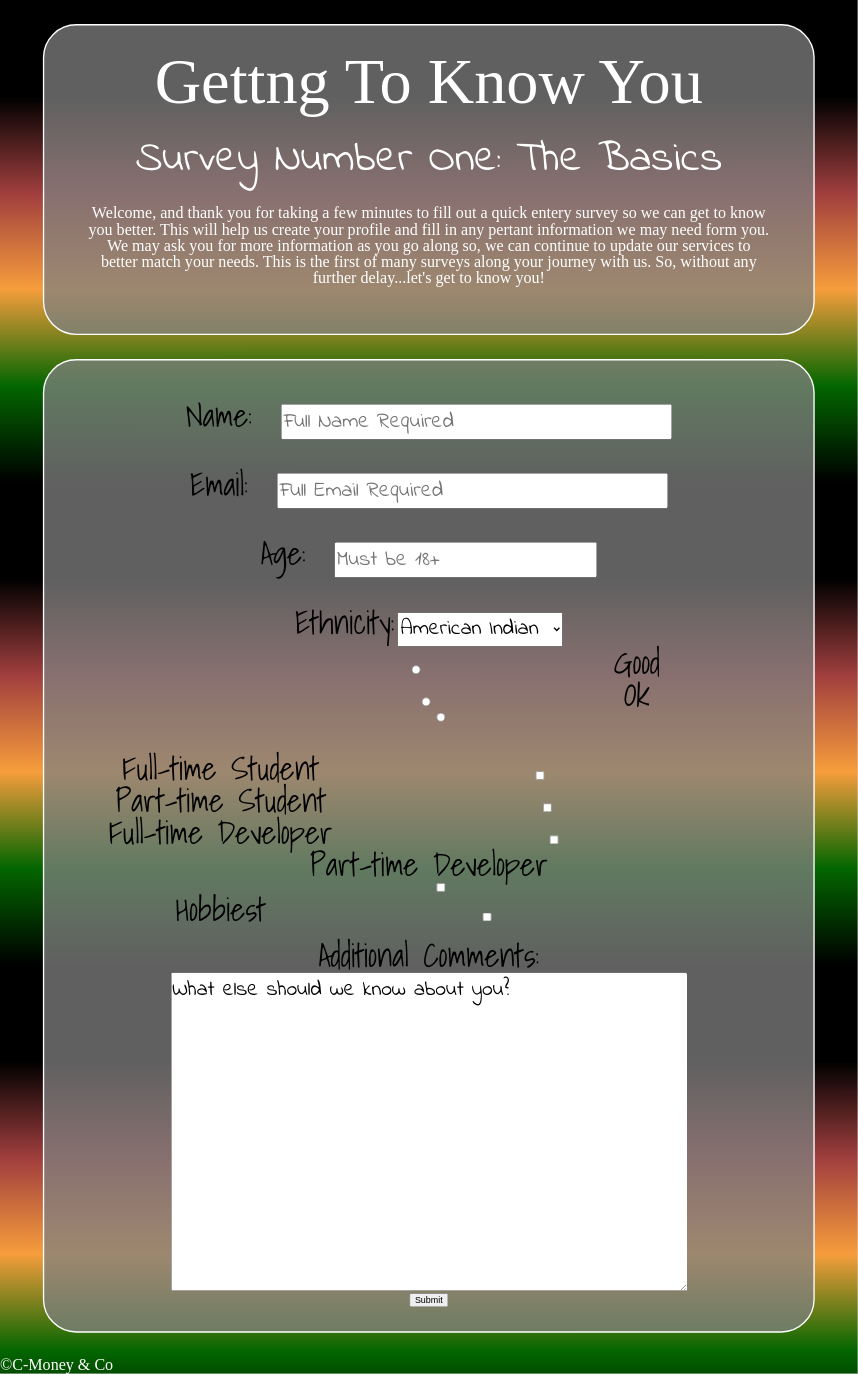
Repository: ctcoleman/surveyForm
Page: index.html
An editor plug-in stored every save of this project. The page is shown before and after the next save, followed by the edit.
The browser window is 1280 px wide. The pictures show the whole page, at 67% of full size.
Some web fonts or font styles are not loaded; a fallback is used.

Above is the page before, as saved 2020-06-29 11:28:18.

### index.html
<!DOCTYPE html>
<html lang="en">

<!-- Head -->

<head>
  <meta name="description" content="Survey Form Example Project">
  <meta name="author" content="Christopher Coleman">
  <meta name="title" content="Survey Form Project">
  <meta name="keywords" content="Survey, Forms, HTML, CSS, Example, Project" <meta name="viewport"
    content="width=device-width, initial-scale=1.0">
  <meta charset="UTF-8">
  <link rel="stylesheet" type="text/css" href="/assets/stylesheets/index.css">
  <link
    href="https://fonts.googleapis.com/css2?family=Holtwood+One+SC&family=Indie+Flower&family=Shadows+Into+Light&display=swap"
    rel="stylesheet">
  <title>.:Getting to know you:.</title>
</head>

<!-- Body -->

<body>


  <!-- Main Content-->
  <main id="main">

    <!-- Header -->
    <header id="titleHeading" class="heading">
      <h1 id="title">Gettng To Know You</h1>
      <h2>Survey Number One: The Basics</h2>
      <section class="descriptionSection">
        <p id="description">Welcome, and thank you for taking a few minutes to fill out a quick entery survey so we can
          get to know you better. This will help us create your profile and fill in any pertant information we may need
          form you. We may ask you for more information as you go along so, we can continue to update our services to
          better match your needs. This is the first of many surveys along your journey with us. So, without any further
          delay...let's get to know you!</p>
      </section>
    </header>

    <!-- Survey Form -->
    <form id="survey-form" class="formWrapper" action="#" method="post">
      <!-- Name -->
      <div class="formEntery nameEntery">
        <label id="name-label" for="name">Name:</label>
        <input type="text" id="name" name="user_name" placeholder="Full Name Required" required>
      </div>
      <!-- E-Mail -->
      <div class="formEntery emailEntery">
        <label id="email-label" for="email">Email:</label>
        <input type="email" id="email" name="user_email" placeholder="Full Email Required" required>
      </div>
      <!-- Number -->
      <div class="formEntery numberEntery">
        <label id="number-label" for="number">Age:</label>
        <input type="number" id="number" placeholder="Must be 18+" min="18" max="150">
      </div>
      <!-- Dropdown -->
      <div id="dropDownEntery" class="formEntery">
        <label for="dropdown-label">Ethnicity:</label>
        <select type="dropdown" id="dropdown" placeholder="Select from the following" required>
          <option value="americanIndian">American Indian</option>
          <option value="asian">Asian</option>
          <option value="africanAmerican">African American</option>
          <option value="hispanic">Hispanic</option>
          <option value="pacificIslander">Pacific Islander</option>
          <option value="white">White</option>
      </div>
      <!-- Radio Buttons -->
      <div id="radioButtons" class="formEntery radioButtons">

        <label for="radioGreat">Great</label>
        <input class="radio" type="radio" id="radioGreat" name="radio" value="Great">

        <label for="radioGood">Good</label>
        <input class="radio" type="radio" id="radioGood" name="radio" value="Good">

        <label for="radioOk">Ok</label>
        <input class="radio" type="radio" id="radioOk" name="radio" value="Ok">

      </div>

      <div id="checkboxInputs" class="formEntery checkbox">
        <div id="fullTimeStudentCheck">
          <label for="fullTimeStudent">Full-time Student</label>
          <input type="checkbox" id="fullTimeStudent" name="Full-time Student" value="Full-time Student">
        </div>
        <div id="partTimeStudentCheck">
          <label for="partTimeStudent">Part-time Student</label>
          <input type="checkbox" id="partTimeStudent" name="Part-time Student" value="Part-time Student">
        </div>
        <div id="fullTimeDeveloperCheck">
          <label for="fullTimeDev">Full-time Developer</label>
          <input type="checkbox" id="fullTimeDev" name="Full-time Developer" value="Full-time Developer">
        </div>
        <div id="partTimeDeveloperCheck">
          <label for="partTimeDev">Part-time Developer</label>
          <input type="checkbox" id="partTimeDev" name="Part-time Developer" value="Part-time Developer">
        </div>
        <div id="hobbiestCheckbox">
          <label for="hobbiest">Hobbiest</label>
          <input type="checkbox" id="hobbiest" name="Hobbiest" value="hobbiest">
        </div>
      </div>
      <div id="textarea">
        <label for="additionalComments">Additional Comments:</label>
        <textarea id="additionalComments" name="additionalComments" rows="10"
          cols="50">What else should we know about you? </textarea>
      </div>

      <button type="submit" id="submit" form="survey-form" value="Submit">Submit</button>
    </form>


    <!-- Footer -->
    <footer>
      <p>&copy;C-Money & Co</p>
    </footer>
  </main>

  <script src='https://cdn.freecodecamp.org/testable-projects-fcc/v1/bundle.js'></script>
</body>

</html>

### assets/stylesheets/index.css

/*
=== CSS Reset ===
  http://meyerweb.com/eric/tools/css/reset/ ]
  v2.0 | 20110126
  License: none (public domain)
*/

html, body, div, span, applet, object, iframe,
h1, h2, h3, h4, h5, h6, p, blockquote, pre,
a, abbr, acronym, address, big, cite, code,
del, dfn, em, img, ins, kbd, q, s, samp,
small, strike, strong, sub, sup, tt, var,
b, u, i, center,
dl, dt, dd, ol, ul, li,
fieldset, form, label, legend,
table, caption, tbody, tfoot, thead, tr, th, td,
article, aside, canvas, details, embed,
figure, figcaption, footer, header, hgroup,
menu, nav, output, ruby, section, summary,
time, mark, audio, video {
	margin: 0;
	padding: 0;
	border: 0;
	font-size: 62.5%;
	font: inherit;
  vertical-align: baseline;
  box-sizing: border-box;
}
/* HTML5 display-role reset for older browsers */
article, aside, details, figcaption, figure,
footer, header, hgroup, menu, nav, section {
	display: block;
}
body {
	line-height: 1;
}
ol, ul {
	list-style: none;
}
a {
  text-decoration: none;
}
blockquote, q {
	quotes: none;
}
blockquote:before, blockquote:after,
q:before, q:after {
	content: '';
	content: none;
}
table {
	border-collapse: collapse;
	border-spacing: 0;
}
/*
=== Fonts Used ===
font-family: 'Holtwood One SC', serif;
font-family: 'Indie Flower', cursive;
font-family: 'Shadows Into Light', cursive;
/*

=== Basic Styling ===
*/
html {
  background-image: linear-gradient( #000000 20%, #a03e3e 40%, #f69d3c 60%, #036600 80%, #000000 100%);
  height: 100%;
 }

h1 {
  color: white;
  font-family: 'Holtwood One SC', serif;
  font-size: 6rem;
}

h2 {
  color: white;
  font-family: 'Indie Flower', cursive;
  font-size: 4rem;
}

p {
  color: white;
  font-size: 1.5rem;
}

/*
=== Header Styleing ===
*/

header {
  background: rgba(128, 128, 128, 0.75);
  padding: 5vh 5vw;
  margin: 5vh 5vw;
  text-align: center;
  border: 2px solid white;
  border-radius: 50px;
}
#title {
  margin-bottom: 5vh;
}
#description {
  margin: 5vh 0;
}

/*
=== Basic Form Styling ===
*/

#survey-form {
  background: rgba(128, 128, 128, 0.75);
  padding: 5vh 5vw;
  margin: 5vh 5vw;
  text-align: center;
  border: 2px solid white;
  border-radius: 50px;
  display: flex;
  flex-direction: column;
  align-items: center;
}
#survey-form label {
  font-size: 3rem;
  font-family: 'Shadows Into Light', cursive;
}
#survey-form input,
#survey-form textarea,
#survey-form select,
#survey-form option {
  font-size: 2rem;
  font-family: 'Indie Flower', cursive;
}
.formEntery {
  width: 75vw;
  margin: 3vh 0;
}
.formEntery input {
  margin-left: 3vw;
  width: 60%;
}
.fromEntery select {

}

/*
=== Age Styling ===
*/
#number {
  width: 40%;
}

/*
=== Ethnicity Radio Button Styling ===
*/



/*
=== Checkbox Styling ===
*/

/*
=== Textarea Styling ===
*/

/*
=== Submit Button Styling ===
*/

After the next save:
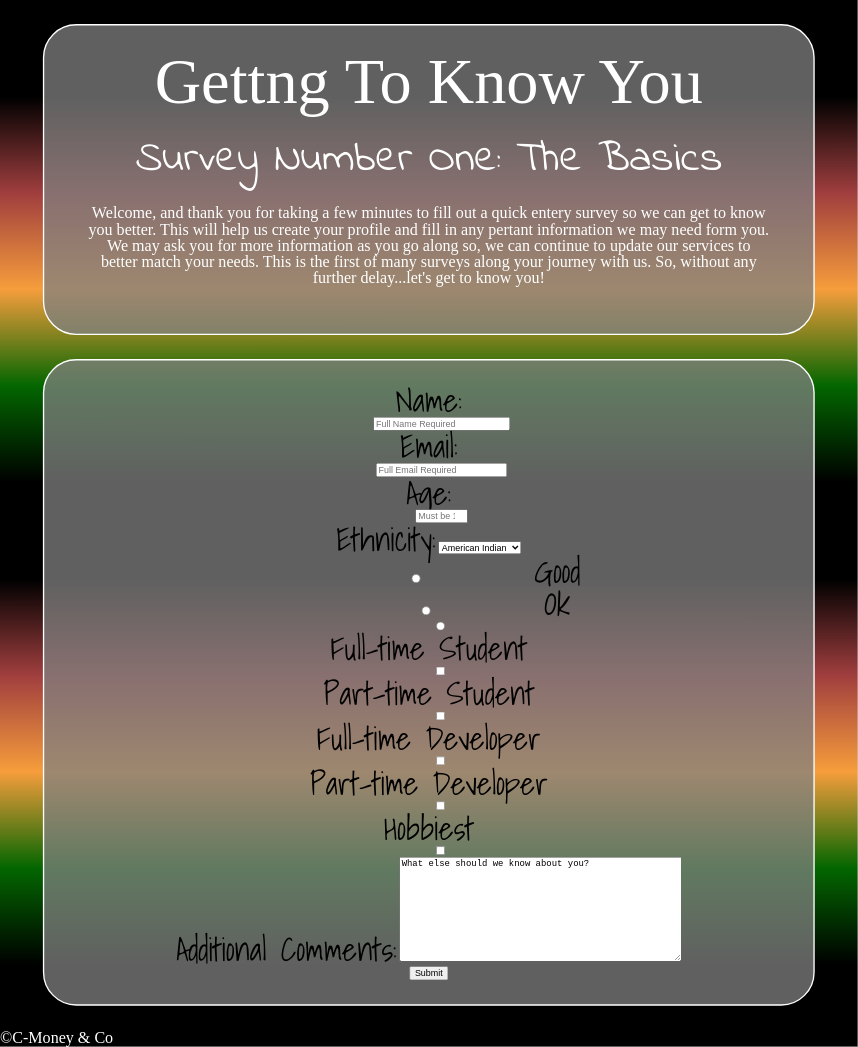
Saved 11 s later.
--- a/assets/stylesheets/index.css
+++ b/assets/stylesheets/index.css
@@ -125,9 +125,8 @@
 #survey-form input,
 #survey-form textarea,
 #survey-form select,
-#survey-form option {
-  font-size: 2rem;
-  font-family: 'Indie Flower', cursive;
+font-size: 2rem;
+font-family: 'Indie Flower', cursive;
 }
 .formEntery {
   width: 75vw;
@@ -151,6 +150,7 @@
 /*
 === Ethnicity Radio Button Styling ===
 */
+      #survey-form option {
 
 
 

After the 2 saves that followed:
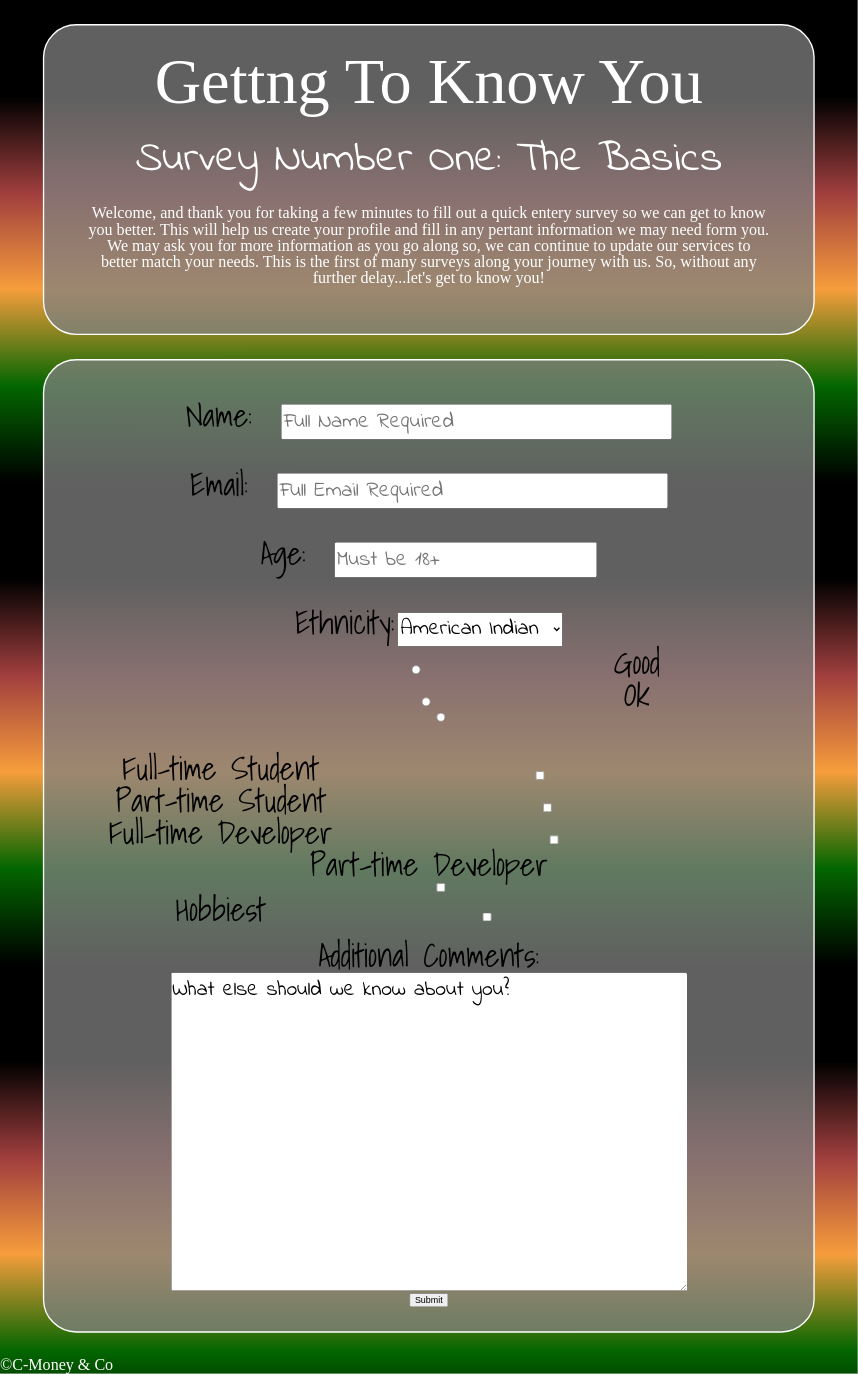
The 2 saves are shown as one change because they came seconds apart.
The last was saved 9 s later.
--- a/assets/stylesheets/index.css
+++ b/assets/stylesheets/index.css
@@ -124,7 +124,7 @@
 }
 #survey-form input,
 #survey-form textarea,
-#survey-form select,
+#survey-form select {
 font-size: 2rem;
 font-family: 'Indie Flower', cursive;
 }
